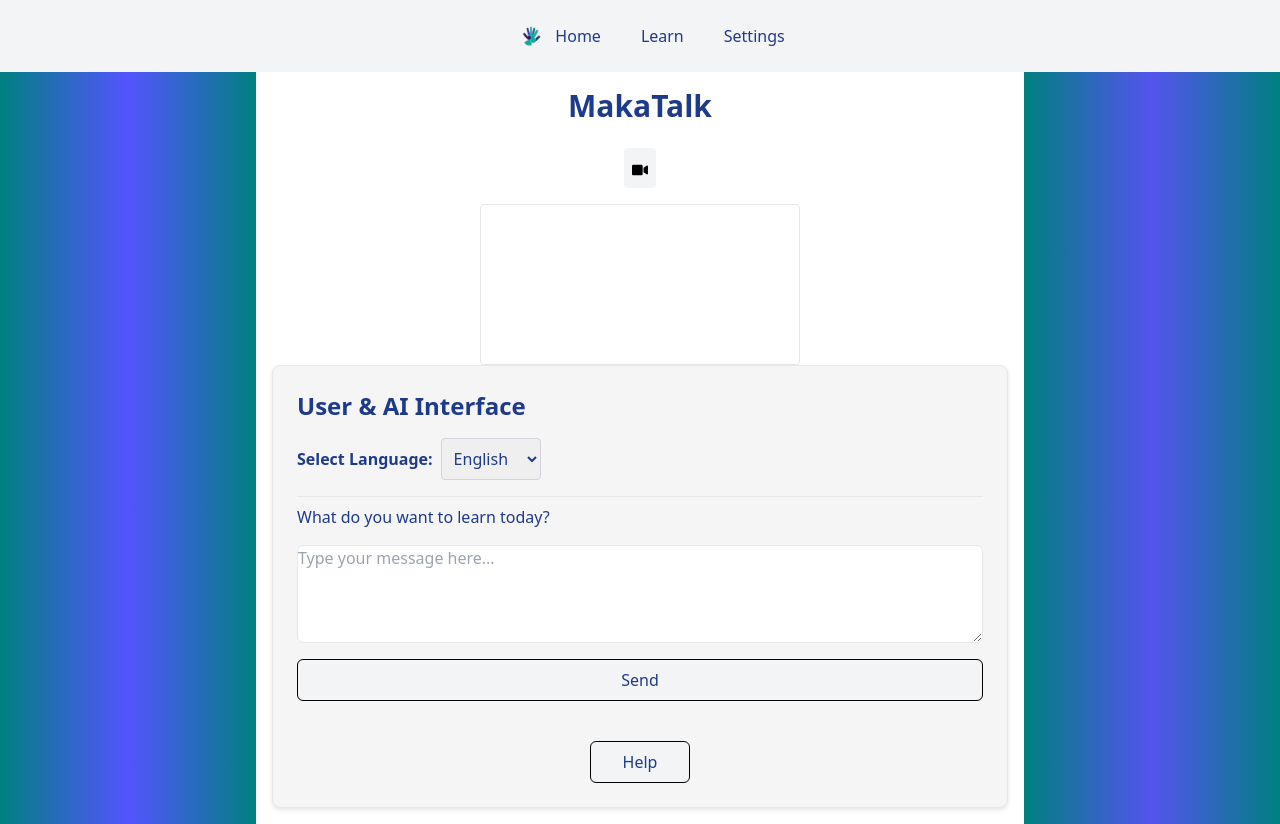
Repository: maria2469/MakaTalk
Page: /learn
The author's editor kept a copy of each file at every save. The page is drawn from the files as they stood at one save, then again after the next save.
The browser window is 1280 px wide. The pictures show the whole page.
The project was rebuilt for these pictures with package versions that can differ from the ones it lists, and the page was loaded fresh each time. Also part of the build but not shown: vite.config.js, src/components/LandingPage/Landing.jsx.

Above is the page before, as saved 2024-10-09 14:40:17.

After the next save:
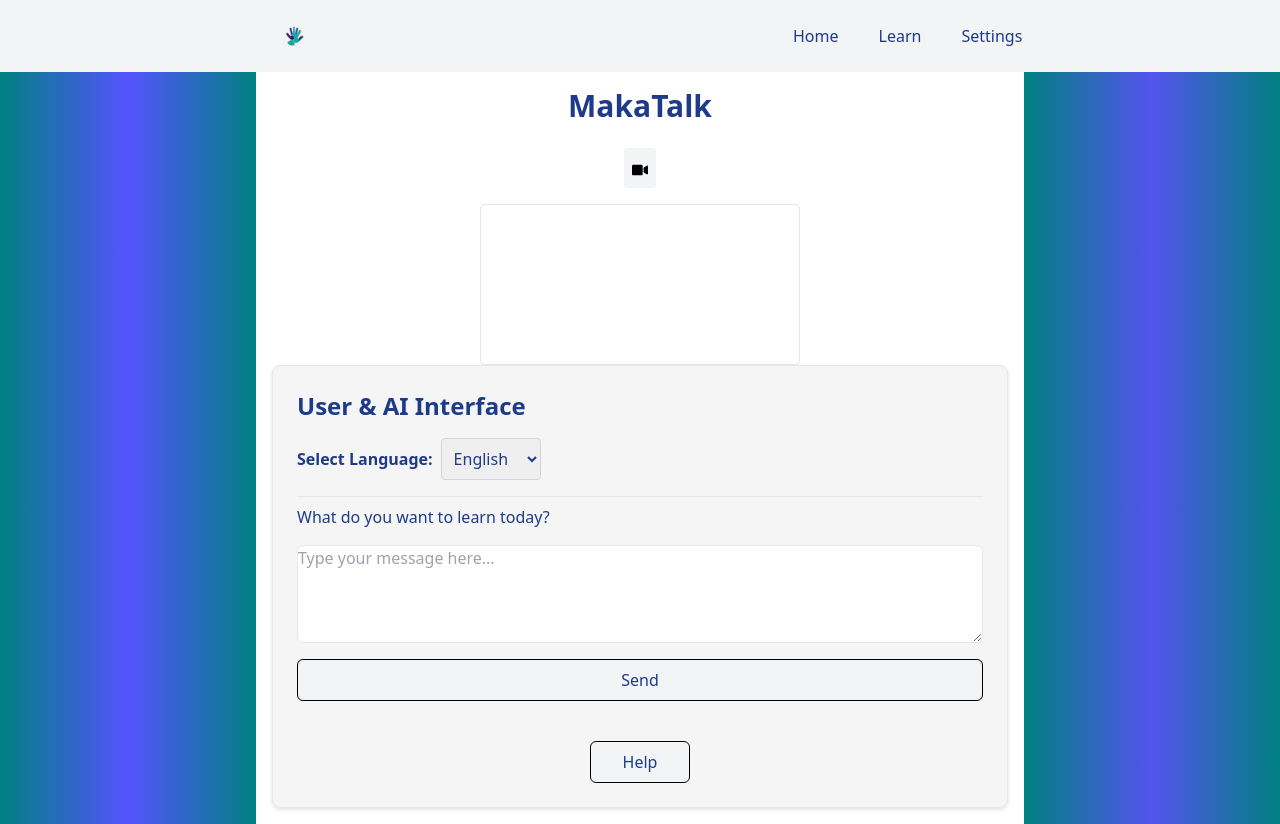
Saved 9 s later.
--- a/src/components/LandingPage/Navbar.jsx
+++ b/src/components/LandingPage/Navbar.jsx
@@ -2,7 +2,7 @@ import React from 'react';
 
 const Navbar = () => {
   return (
-    <div className="flex items-center justify-center p-3 bg-gray-100 text-blue-900">
+    <div className="flex items-center justify-around p-3 bg-gray-100 text-blue-900">
       <img src="/images/MakaTalkLogo.svg" alt="Logo" className="h-12 w-auto ml-5 justify-center" /> {/* Logo aligned to the extreme left */}
       <div className="flex space-x-10 mr-2 justify-center">
         <p className="cursor-pointer hover:text-black">Home</p>
